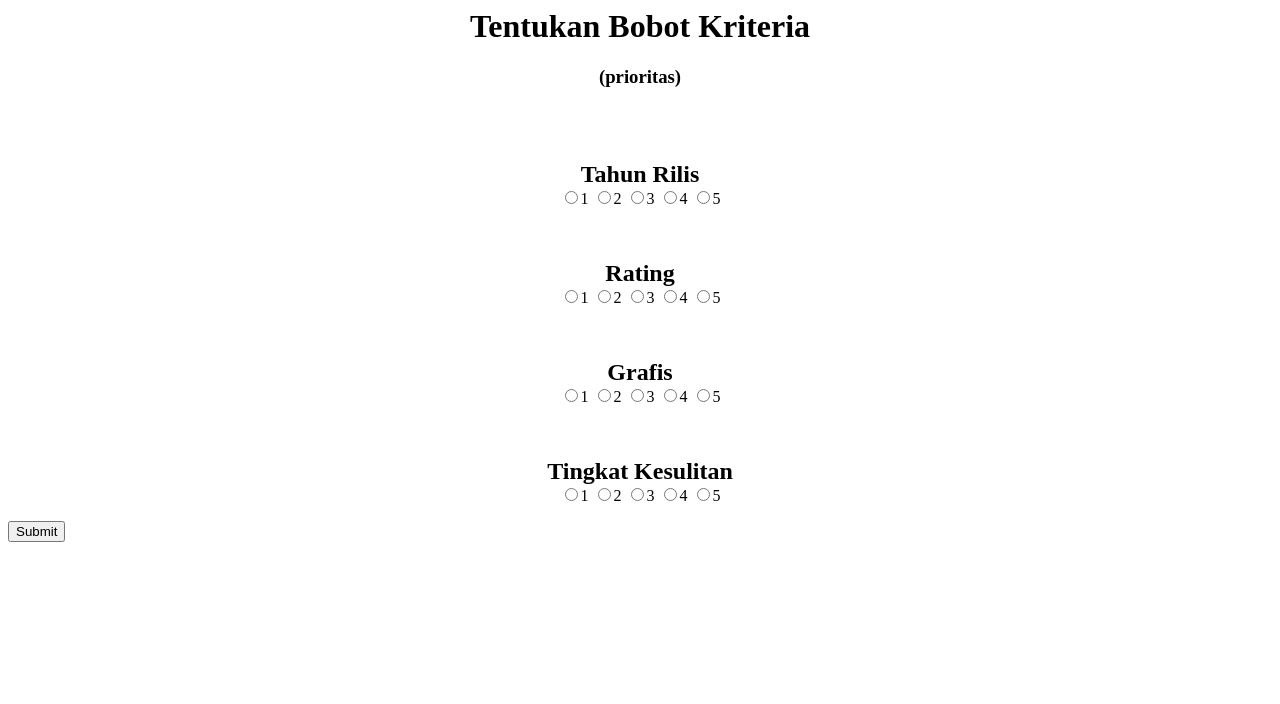
Repository: aqordeon/SPKWP
Page: http://localhost/hitungKriteria.php
An editor plug-in stored every save of this project. The page is shown before and after the next save, followed by the edit.
The browser window is 1280 px wide. The pictures show the whole page.
The page is run by PHP 8.4 with error messages shown; the project is at /var/www/html/.

Above is the page before, as saved 2020-12-24 22:44:17.

After the next save:
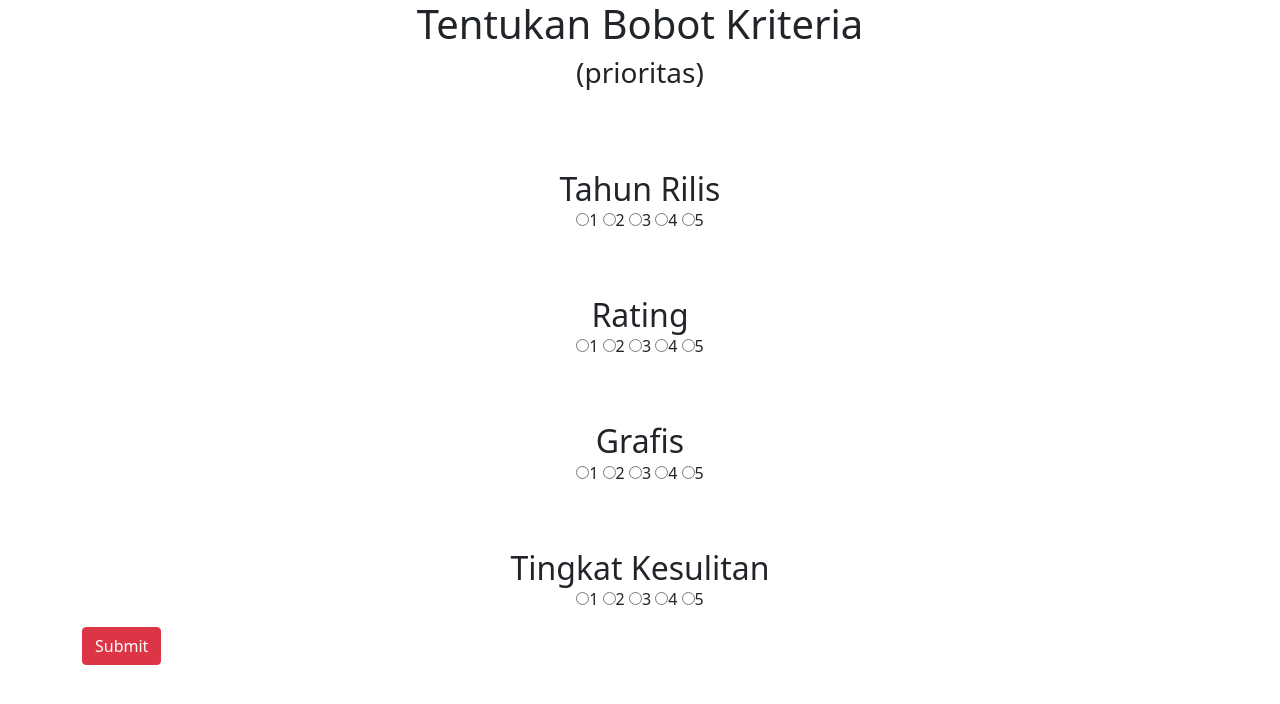
Saved 17 s later.
--- a/hitungKriteria.php
+++ b/hitungKriteria.php
@@ -3,6 +3,8 @@
     <meta charset="UTF-8">
     <meta name="viewport" content="width=device-width, initial-scale=1.0">
     <title>Document</title>
+    <link href="https://cdn.jsdelivr.net/npm/bootstrap@5.0.0-beta1/dist/css/bootstrap.min.css" rel="stylesheet" integrity="sha384-giJF6kkoqNQ00vy+HMDP7azOuL0xtbfIcaT9wjKHr8RbDVddVHyTfAAsrekwKmP1" crossorigin="anonymous">
+
 </head>
 <body>
     <div class="container">
